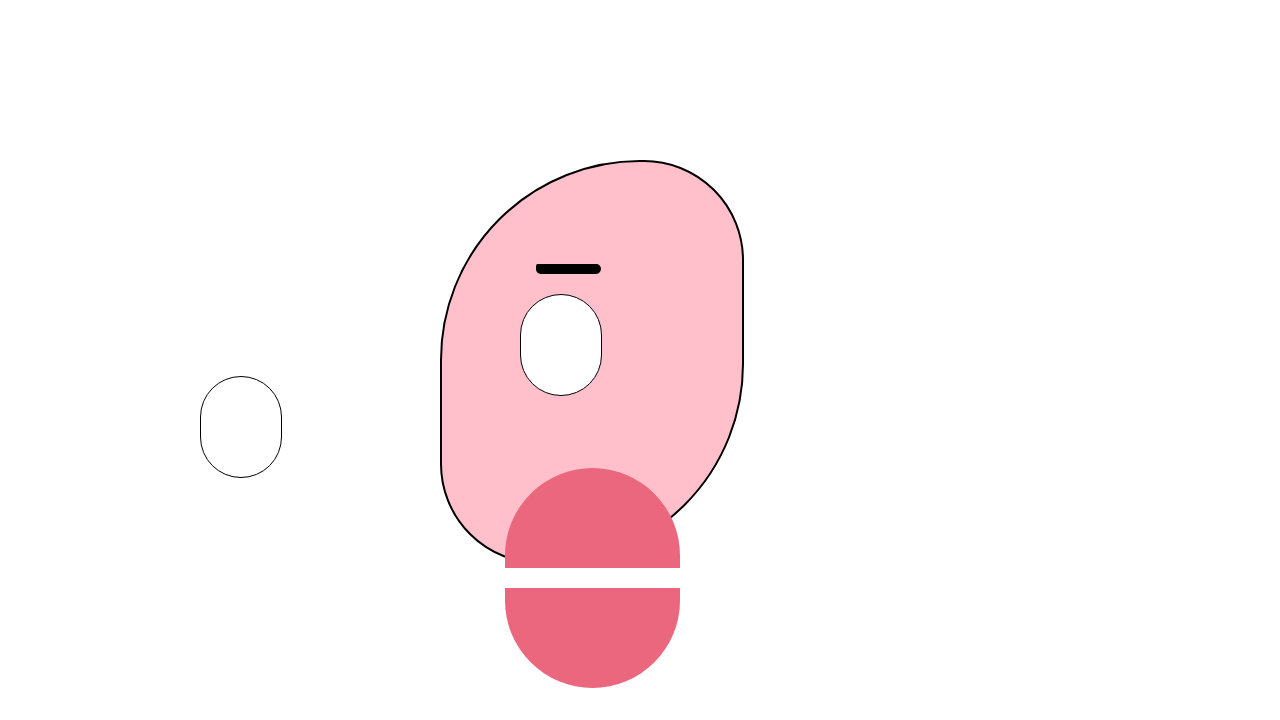
Repository: rodwestmoreland/1150
Page: cssCritter/index.html
These files come from the project's save history. The page is drawn as it stood at one moment and after the next save; the edit follows.
The browser window is 1280 px wide. The pictures show the whole page.

Above is the page before, as saved 2021-01-25 20:23:18.

### cssCritter/index.html
<!DOCTYPE html>
<html lang="en">
<head>
    <meta charset="UTF-8">
    <meta name="viewport" content="width=device-width, initial-scale=1.0">
    <link rel="stylesheet" href="style.css">
    <title>Welcome to SD 761</title>
</head>
<body>
    <div class="wrapper">
        <div class="object">  <div class="face"></div>
        <div class="left-eyebrow"></div>
          <div class="left-eye"></div>
          <div class="right-eye"></div>
          <div class="mouth"></div>
      </div>

</body>
</html>

### cssCritter/style.css
.wrapper{
    position: absolute;
     top: 50%;
   margin-top:-200px;
     left: 50%;
   margin: -200px 0 0 -200px;
 }

 .face{
   width: 300px;
   height: 400px;
   border: solid 2px #000;
   background-color: pink;
   border-radius: 200px 100px;
   z-index: -1;
 }


 .left-eye{
   width: 80px;
   height: 100px;
   border: solid 1px #000;
   background-color: #fff;
   border-radius: 90px;
   margin-top: 20px;
   margin-left: 5em;
   z-index: 10;
 }
 .right-eye{
    width: 80px;
    height: 100px;
    border: solid 1px #000;
    background-color: #fff;
    border-radius: 90px;
    margin-top: -20px;
    margin-left: -15em;

  }

 .left-eyebrow{
   width: 65px;
   height: 10px;
   background-color: #000;
   top: 50%;
   margin-top: -300px;
   margin-left: 6em;
   border-radius: 30px 80px 90px;
   z-index: 1;
 }


  .right-eyebrow{
    width: 65px;
    height: 10px;
    background-color: #000;
    top: 50%;
    margin-top: -300px;
    margin-left: 16em;
    border-radius: 30px 80px 90px;
    z-index: 1;
  }
 .mouth{
    border-top: none;

    border-top: 100px solid rgb(235, 103, 125);
    -webkit-border-radius: 50px;

    border-bottom: 100px solid rgb(235, 103, 125);
    -webkit-border-radius: 100px;
    border-radius: 100px;
    height: 20px;
    width: 175px;
    margin: -10px auto 0;

 }

After the next save:
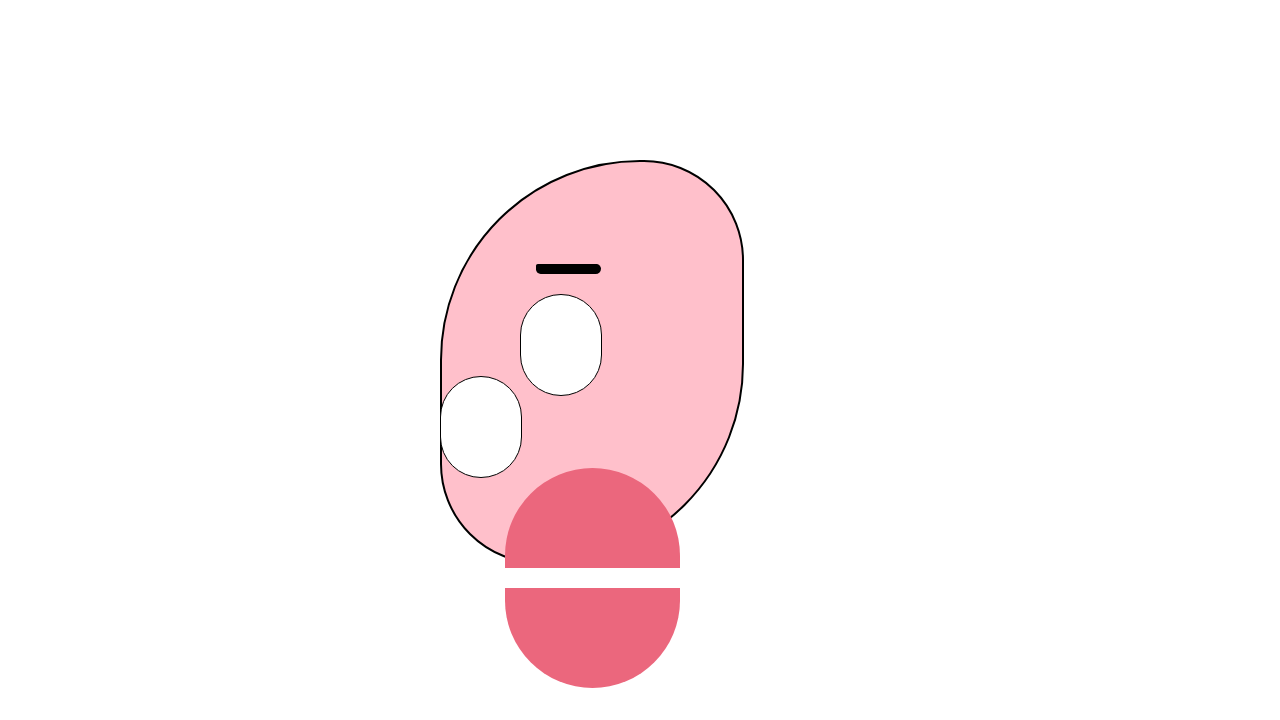
Saved 32 s later.
--- a/cssCritter/style.css
+++ b/cssCritter/style.css
@@ -33,7 +33,7 @@
     background-color: #fff;
     border-radius: 90px;
     margin-top: -20px;
-    margin-left: -15em;
+
 
   }
 
